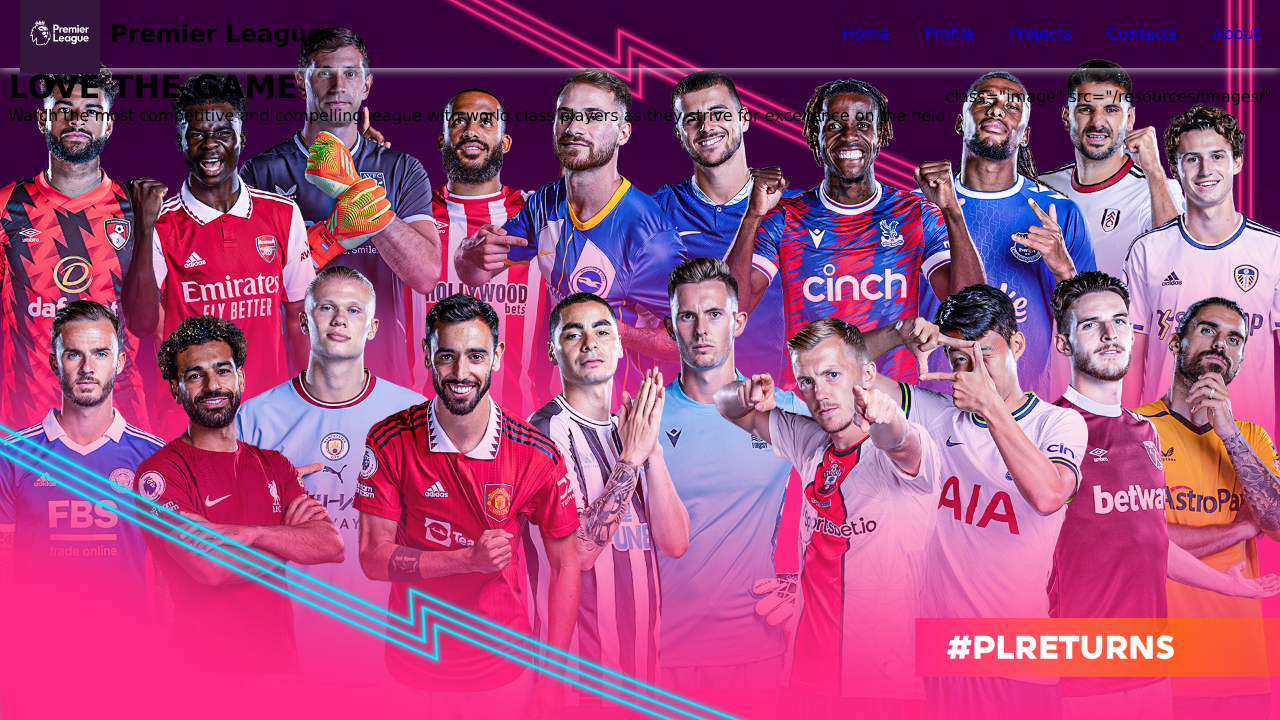
Repository: ogaziesam/simple-landing-page
Page: index.html
An editor plug-in stored every save of this project. The page is shown before and after the next save, followed by the edit.
The browser window is 1280 px wide. The pictures show the whole page.

Above is the page before, as saved 2023-08-12 00:48:02.

### index.html
<!DOCTYPE html>
<html lang="en">
<head>
    <meta charset="UTF-8">
    <meta name="viewport" content="width=device-width, initial-scale=1.0">
    <title>Landing Page</title>
    <link rel="stylesheet" href="/resources/css/style.css"/>
</head>
<body>
    <nav>
        <div class="heading">
            <img src="/resources/images/premier-league-logo-64B77E2F2E-seeklogo.com.png"
            alt="Logo Image"/>
            <h2 class ="nav_heading">Premier League</h2>
        </div>
        <ul>
            <li><a href="Home">Home</a></li>
            <li><a href="Profile">Profile</a></li>
            <li><a href="Projects">Projects</a></li>
            <li><a href="Contacts">Contacts</a></li>
            <li><a href="About">About</a></li>
        </ul>
    </nav>
    <main>
        <div class="content">
            <h1>LOVE THE GAME</h1>
            <p>Watch the most competitive and compelling league with world class players as they strive for excellence on the field
            </p>
        </div>
        class="image"
        src="/resources/images/"
    </main>

</body>
</html>

### resources/css/style.css
* {
    padding: 0;
    margin: 0;
    font-family: Verdana, Geneva, Tahoma, sans-serif;
}

.logo {
    width:80px;
    height: 80px;
}

body {
    background-image: url(/resources/images/321105434_883868013027395_2576485099436938498_n.jpg);
    background-size: cover;
    background-repeat: no-repeat;
}

nav {
    display:flex;
    align-items: center;
    justify-content: space-between;
    padding: 5px 20px;
    height: 8vh;
    box-shadow: 0 0 10px white;
}

.heading {
    display: flex;
    align-items: center;
    gap: 10px;
}

ul {
    display: flex;
    align-items: center;
    gap: 35px;
}

li {
    list-style: none;
}

a {
    text-decoration: none;
    font-weight: 500;
}

a:hover {
    text-decoration: underline;
}

main {
    display: flex;
    align-items: center;
    justify-content: center;
}

After the next save:
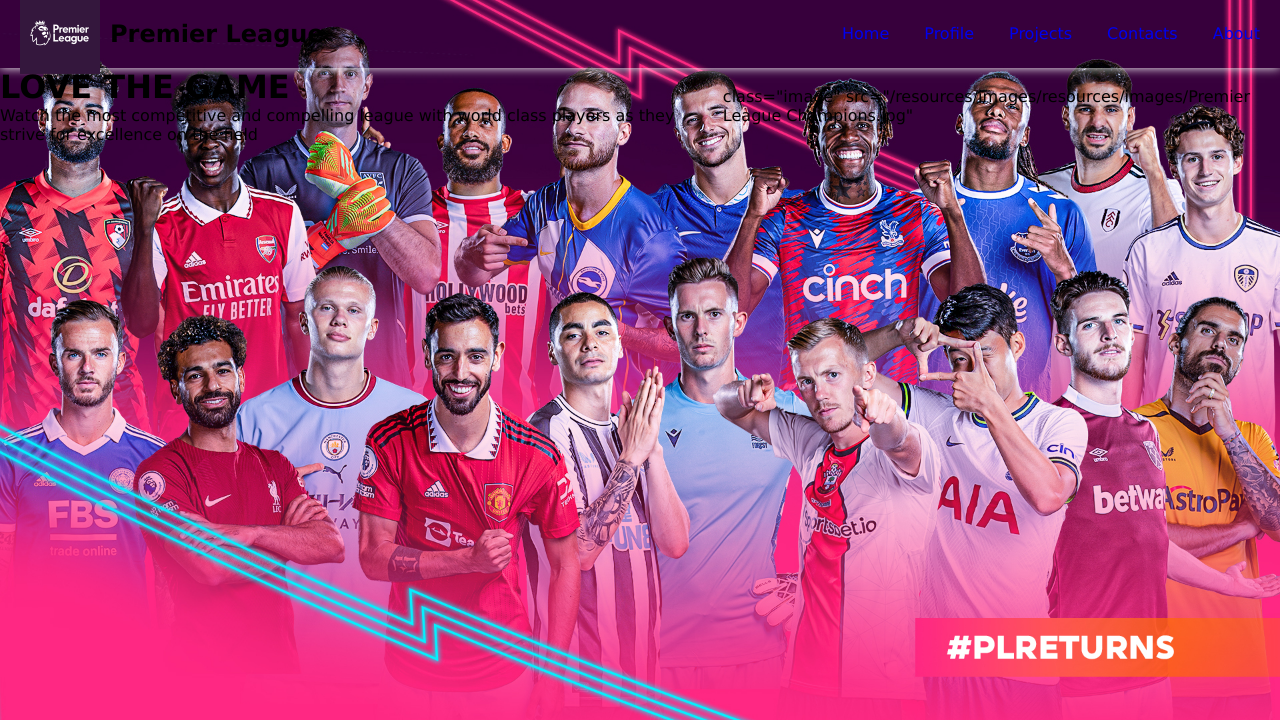
Saved 42 s later.
--- a/index.html
+++ b/index.html
@@ -28,7 +28,7 @@
             </p>
         </div>
         class="image"
-        src="/resources/images/"
+        src="/resources/images/resources/images/Premier League Champions.jpg"
     </main>
 
 </body>
